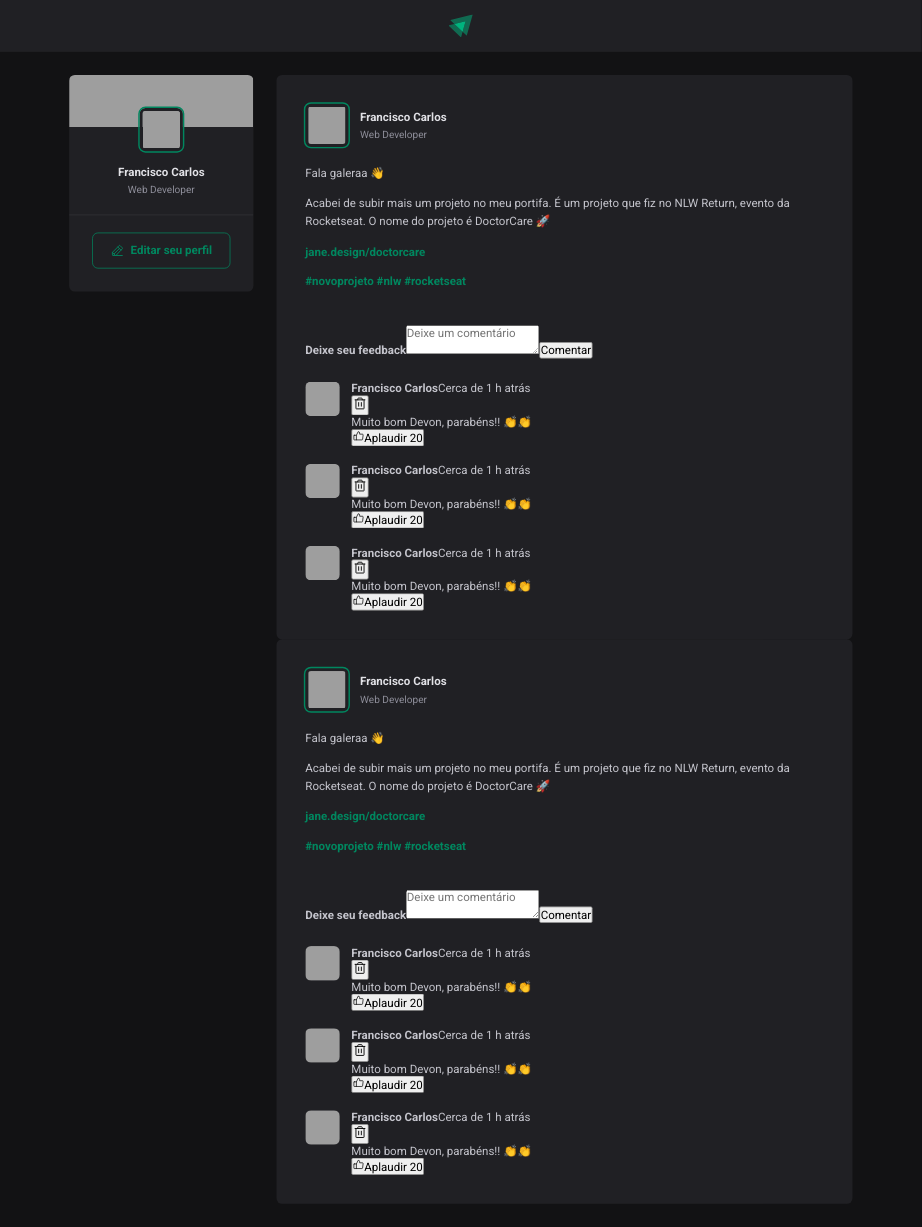
Repository: ch1coon/AulasRocketseat
Page: / (app in Ignite/aulas/01-fundamentos-reactjs/)
An editor plug-in stored every save of this project. The page is shown before and after the next save, followed by the edit.
The browser window is 1280 px wide. The pictures show the whole page, at 72% of full size.
Pictures or frames that could not be fetched are drawn as grey boxes. The project was rebuilt for these pictures with package versions that can differ from the ones it lists, and the page was loaded fresh each time. Also part of the build but not shown: Ignite/aulas/01-fundamentos-reactjs/vite.config.js.

Above is the page before, as saved 2023-08-12 08:33:31.

### Ignite/aulas/01-fundamentos-reactjs/index.html
<!DOCTYPE html>
<html lang="en">
  <head>
    <meta charset="UTF-8" />
    <link rel="preconnect" href="https://fonts.googleapis.com" />
    <link rel="preconnect" href="https://fonts.gstatic.com" crossorigin />

    <link rel="icon" type="image/svg+xml" href="/vite.svg" />
    <meta name="viewport" content="width=device-width, initial-scale=1.0" />

    <link
      href="https://fonts.googleapis.com/css2?family=Roboto:wght@400;700&display=swap"
      rel="stylesheet"
    />
    <title>Vite + React</title>
  </head>
  <body>
    <div id="root"></div>
    <script type="module" src="/src/main.jsx"></script>
  </body>
</html>

### Ignite/aulas/01-fundamentos-reactjs/src/App.jsx
import { Post } from "./components/Post";
import { Header } from "./components/Header";
import { Sidebar } from "./components/Sidebar";

import styles from "./App.module.css";

import "./global.css";

export function App() {
  return (
    <div>
      <Header />

      <div className={styles.wrapper}>
        <Sidebar/>
        <main>
          <Post
            author="Diego Fernandes"
            content="Lorem ipsum dolor sit amet consectetur adipisicing elit. Rerum dolorem fuga odio voluptas voluptate rem dolores earum culpa, voluptatibus id nisi, qui, quae tempore quas facilis numquam blanditiis modi autem."
          />
          <Post
            author="Gabriel Guzzi"
            content="Lorem ipsum dolor sit amet consectetur adipisicing elit. Rerum dolorem fuga odio voluptas voluptate rem dolores earum culpa, voluptatibus id nisi, qui, quae tempore quas facilis numquam blanditiis modi autem."
          />
        </main>
      </div>
    </div>
  );
}

### Ignite/aulas/01-fundamentos-reactjs/src/components/Post.jsx
import { Comment } from "./Comment";
import styles from "./Post.module.css";

export function Post() {
  return (
    <article className={styles.post}>
      <header>
        <div className={styles.author}>
          <img className={styles.avatar} src="https://github.com/ch1coon.png" />
          <div className={styles.authorInfo}>
            <strong>Francisco Carlos</strong>
            <span>Web Developer</span>
          </div>
        </div>

        <time title="11 de Maio às 08:51" dateTime="2023-07-26 08:49:38"></time>
      </header>

      <div className={styles.content}>
        <p>Fala galeraa 👋</p>

        <p>
          Acabei de subir mais um projeto no meu portifa. É um projeto que fiz
          no NLW Return, evento da Rocketseat. O nome do projeto é DoctorCare 🚀
        </p>

        <p>
          <a href="">jane.design/doctorcare</a>
        </p>

        <p>
          <a href="">#novoprojeto</a> <a href="">#nlw</a>{" "}
          <a href="">#rocketseat</a>{" "}
        </p>
      </div>

      <form className={styles.commentForm}>
        <strong>Deixe seu feedback</strong>
        <textarea placeholder="Deixe um comentário" />

        <button type="submit">Comentar</button>
      </form>

      <div className={styles.commentList}>
        <Comment />
        <Comment />
        <Comment />
      </div>
    </article>
  );
}

### Ignite/aulas/01-fundamentos-reactjs/src/components/Header.jsx
import styles from "./Header.module.css";

import igniteLogo from '../assets/Ignite-logo.svg';

export function Header() {
  return (
    <header className={styles.header}>
      <img src={igniteLogo} alt="Logotipo do Ignite" />
    </header>
  );
}

### Ignite/aulas/01-fundamentos-reactjs/src/components/Sidebar.jsx
import { PencilLine } from "phosphor-react";

import styles from "./Sidebar.module.css";

export function Sidebar() {
  return (
    <aside className={styles.sidebar}>
      <img
        className={styles.cover}
        src="https://images.unsplash.com/photo-1571757767119-68b8dbed8c97?ixlib=rb-4.0.3&ixid=M3wxMjA3fDB8MHxwaG90by1wYWdlfHx8fGVufDB8fHx8fA%3D%3D&auto=format&fit=crop&w=500&q=50"
      />
      <div className={styles.profile}>
        <img className={styles.avatar} src="https://github.com/ch1coon.png" />
        <strong> Francisco Carlos</strong>
        <span>Web Developer</span>
      </div>

      <footer>
        <a href="#">
          <PencilLine size={20}/>
          Editar seu perfil
        </a>
      </footer>
    </aside>
  );
}

### Ignite/aulas/01-fundamentos-reactjs/src/App.module.css
.wrapper {
    max-width: 70rem;
    margin: 2rem auto;
    padding: 0 1rem;

    display: grid;
    grid-template-columns: 256px 1fr;
    gap: 2rem;
    align-items: flex-start;

}

### Ignite/aulas/01-fundamentos-reactjs/src/global.css
:root {
    --white: #fff;
    --gray-100: #e1e1e6;
    --gray-300: #c4c4cc;
    --gray-400: #8d8d99;
    --gray-600: #323238;
    --gray-700: #29292e;
    --gray-800: #202024;
    --gray-900: #121214;

    --green-300: #00837E;
    --green-500: #00875f;

}

* {
    margin: 0;
    padding: 0;
    box-sizing: border-box;
}

body {
     background: var(--gray-900);
     color: var(--gray-300);
     -webkit-font-smoothing:antialiased;
}

body, input, textarea, button {
    font-family: 'Roboto', sans-serif;
    font-weight: 400;
    font-size: 1rem;
}

### Ignite/aulas/01-fundamentos-reactjs/src/components/Comment.jsx
import styles from "./Comment.module.css";
import { ThumbsUp, Trash } from "phosphor-react";

export function Comment() {
  return (
    <div className={styles.comment}>
      <img src="https://github.com/ch1coon.png" />

      <div className={styles.commentBox}>
        <div className={styles.commentContent}>
          <header>
            <div className={styles.authorAndTime}>
              <strong>Francisco Carlos</strong>
              <time title="11 de Maio às 08:51" dateTime="2023-07-26 08:49:38">
                Cerca de 1 h atrás
              </time>
            </div>
            <button title="Deletar comentário">
              <Trash size={20} />
            </button>
          </header>

          <p>Muito bom Devon, parabéns!! 👏👏</p>
        </div>
        <footer>
          <button>
            <ThumbsUp />
            Aplaudir <span>20</span>
          </button>
        </footer>
      </div>
    </div>
  );
}

### Ignite/aulas/01-fundamentos-reactjs/src/components/Post.module.css
.post {
  background: var(--gray-800);
  border-radius: 8px;
  padding: 2.5rem;
}

.post + post {
  margin-top: 2rem;
}

.content {
  line-height: 1.6;
  color: var(--gray-300);
  margin-top: 1.5rem;
}

.content p {
  margin-top: 1rem;
}

.content a {
  font-weight: bold;
  color: var(--green-500);
  text-decoration: none;
}

.content a:hover {
  color: var(--green-300);
}

.post > header {
  display: flex;
  align-items: center;
  justify-content: space-between;
}

.post > header time {
  font-size: 0.875rem;
  color: var(--gray-400);
}

.author {
  display: flex;
  align-items: center;
  gap: 1rem;
}

.author img {
  width: calc(3rem + 12px);
  height: calc(3rem + 12px);
  border-radius: 8px;
  border: 4px solid var(--gray-800);
  outline: 2px solid var(--green-500);
}

.authorInfo strong {
  display: block;
  color: var(--gray-100);
  line-height: 1.6;
}

.authorInfo span {
  display: block;
  font-size: 0.875rem;
  color: var(--gray-400);
  line-height: 1.6;
}

.commentForm {
  width: 100%;
  margin-top: 1.5rem;
  padding-top: 1.5rem;
  border-top: 1.5rem;
}

.commentList {
  margin-top: 2rem;
}

### Ignite/aulas/01-fundamentos-reactjs/src/components/Header.module.css
.header {
  background: var(--gray-800);
  display: flex;
  justify-content: center;
  padding: 1.25rem 0 ;
}

.header img {
    height: 2rem;
}

### Ignite/aulas/01-fundamentos-reactjs/src/components/Sidebar.module.css
.sidebar {
  background: var(--gray-800);
  border-radius: 8px;
  overflow: hidden;
}

.cover {
  width: 100%;
  height: 72px;
  object-fit: cover;
}

.profile {
  display: flex;
  flex-direction: column;
  align-items: center;

  margin-top: calc(0px - 1.5rem - 6px);
}

.avatar {
    width: calc(3rem + 12px);
    height: calc(3rem + 12px);
    border-radius: 8px;
    border: 4px solid var(--gray-800);
    outline: 2px solid var(--green-500);
}

.profile strong {
    margin-top: 1rem;
    color: var(--gray-100);
    line-height: 1.6;
}

.profile span {
    font-size: 0.875rem;
    color: var(--gray-400);
    line-height: 1.6;
}

.sidebar footer {
  border-top: 1px solid var(--gray-600);
  margin-top: 1.5rem;
  padding: 1.5rem 2rem 2rem;
}

.sidebar footer a {
  background: transparent;
  color: var(--green-500);
  border: 1px solid var(--green-500);
  border-radius: 8px;
  height: 50px;
  padding: 0 1.5rem;
  font-weight: bold;
  display: block;
  text-decoration: none;
  display: flex;
  align-items: center;
  justify-content: center;

  gap: 0.5rem;

  transition: color 0.1s, background-color 0.1s;
}

.sidebar footer a:Hover {
    background: var(--green-500);
    color: var(--white);
}

### Ignite/aulas/01-fundamentos-reactjs/src/components/Comment.module.css
.comment {
  margin-top: 1.5rem;
  display: flex;
  gap: 1rem;
}

.comment > img {
  width: 3rem;
  height: 3rem;
  border-radius: 8px;
}

.commentBox {
  flex: 1;
}

Loaded but not shown: Ignite/aulas/01-fundamentos-reactjs/src/main.jsx (common file)

After the next save:
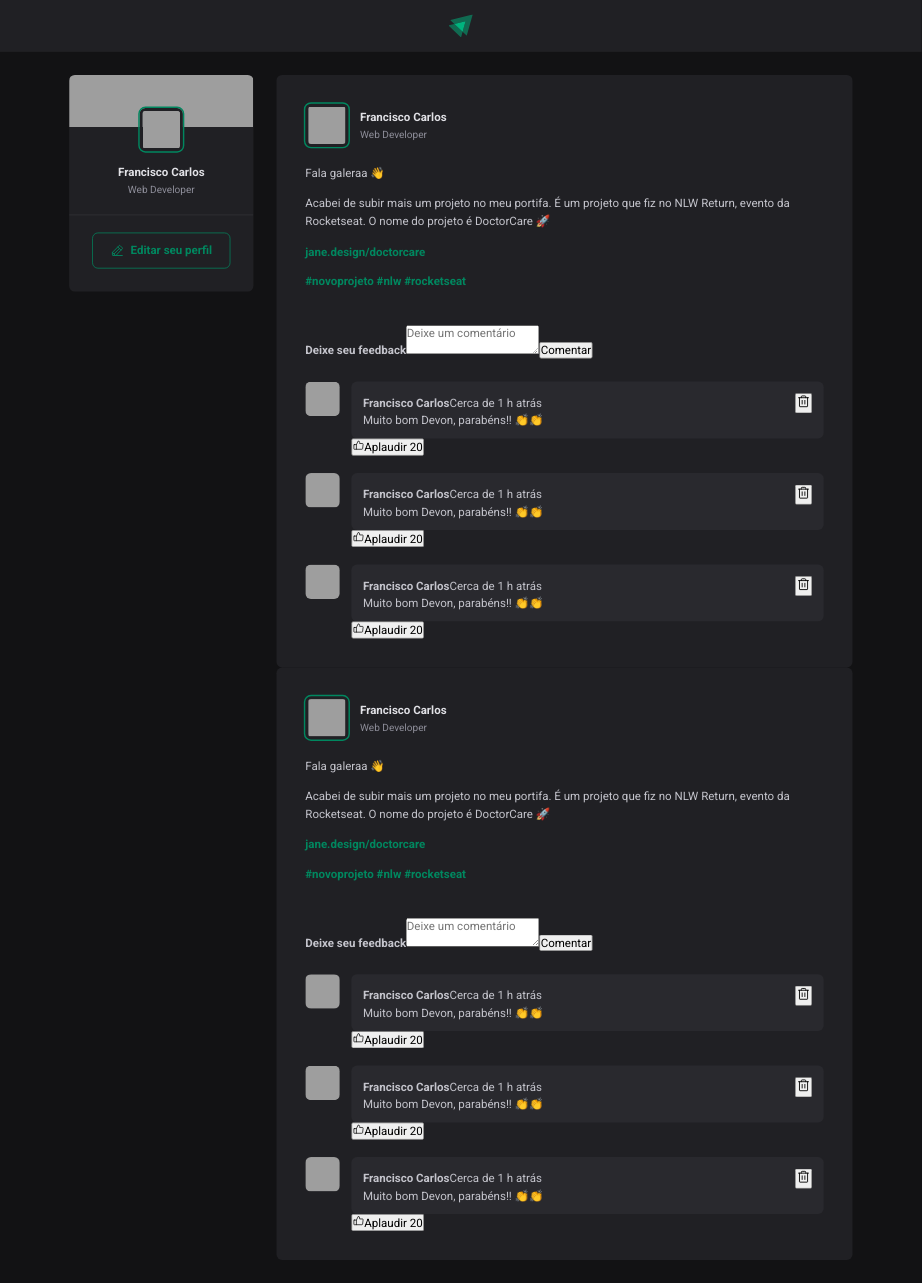
Saved 66 s later.
--- a/Ignite/aulas/01-fundamentos-reactjs/src/components/Comment.module.css
+++ b/Ignite/aulas/01-fundamentos-reactjs/src/components/Comment.module.css
@@ -13,3 +13,15 @@
 .commentBox {
   flex: 1;
 }
+
+.commentContent {
+  background: var(--gray-700);
+  border-radius: 8px;
+  padding: 1rem;
+}
+
+.commentContent header {
+  display: flex;
+  align-items: center;
+  justify-content: space-between;
+}
